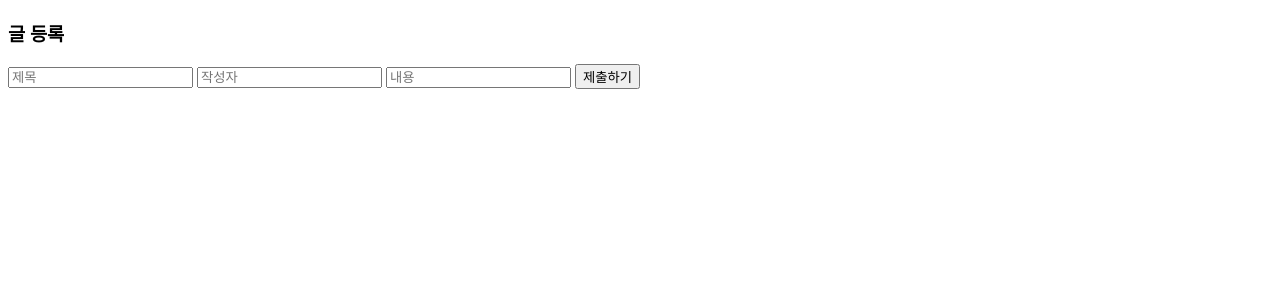
Repository: morisYu/bulletin_board
Page: http://localhost/jsp_board01/registForm.jsp
The author's editor kept a copy of each file at every save. The page is drawn from the files as they stood at one save, then again after the next save.
The browser window is 1280 px wide. The pictures show the whole page.
The page is served by Tomcat 9. Other server files are loaded and not shown.

Above is the page before, as saved 2022-06-08 14:55:38.

### board02/jsp_board01/WebContent/registForm.jsp
<%@ page language="java" contentType="text/html; charset=UTF-8"
    pageEncoding="UTF-8"%>
<!DOCTYPE html PUBLIC "-//W3C//DTD HTML 4.01 Transitional//EN" "http://www.w3.org/TR/html4/loose.dtd">
<html>
<head>
<meta http-equiv="Content-Type" content="text/html; charset=UTF-8">
<title>글 등록</title>
</head>
<body>
	<h3>글 등록</h3>
	<form action="regist.jsp" method="post">
		<input type="text" name="title" placeholder="제목" required>
		<input type="text" name="writer" placeholder="작성자" required>
		<input type="text" name="content" placeholder="내용">
		<input type="submit" value="제출하기">
	</form>
</body>
</html>

After the next save:
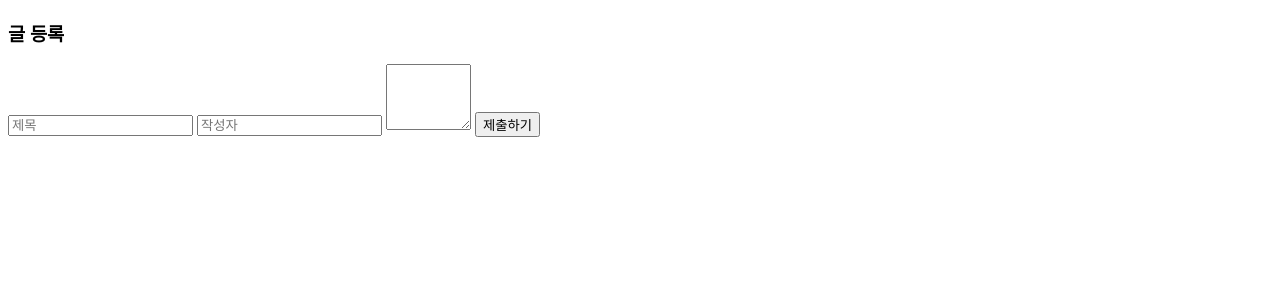
Saved 45 s later.
--- a/board02/jsp_board01/WebContent/registForm.jsp
+++ b/board02/jsp_board01/WebContent/registForm.jsp
@@ -11,7 +11,8 @@
 	<form action="regist.jsp" method="post">
 		<input type="text" name="title" placeholder="제목" required>
 		<input type="text" name="writer" placeholder="작성자" required>
-		<input type="text" name="content" placeholder="내용">
+		<textarea rows="4" cols="8" name="content" placeholder="내용">
+		</textarea>
 		<input type="submit" value="제출하기">
 	</form>
 </body>
